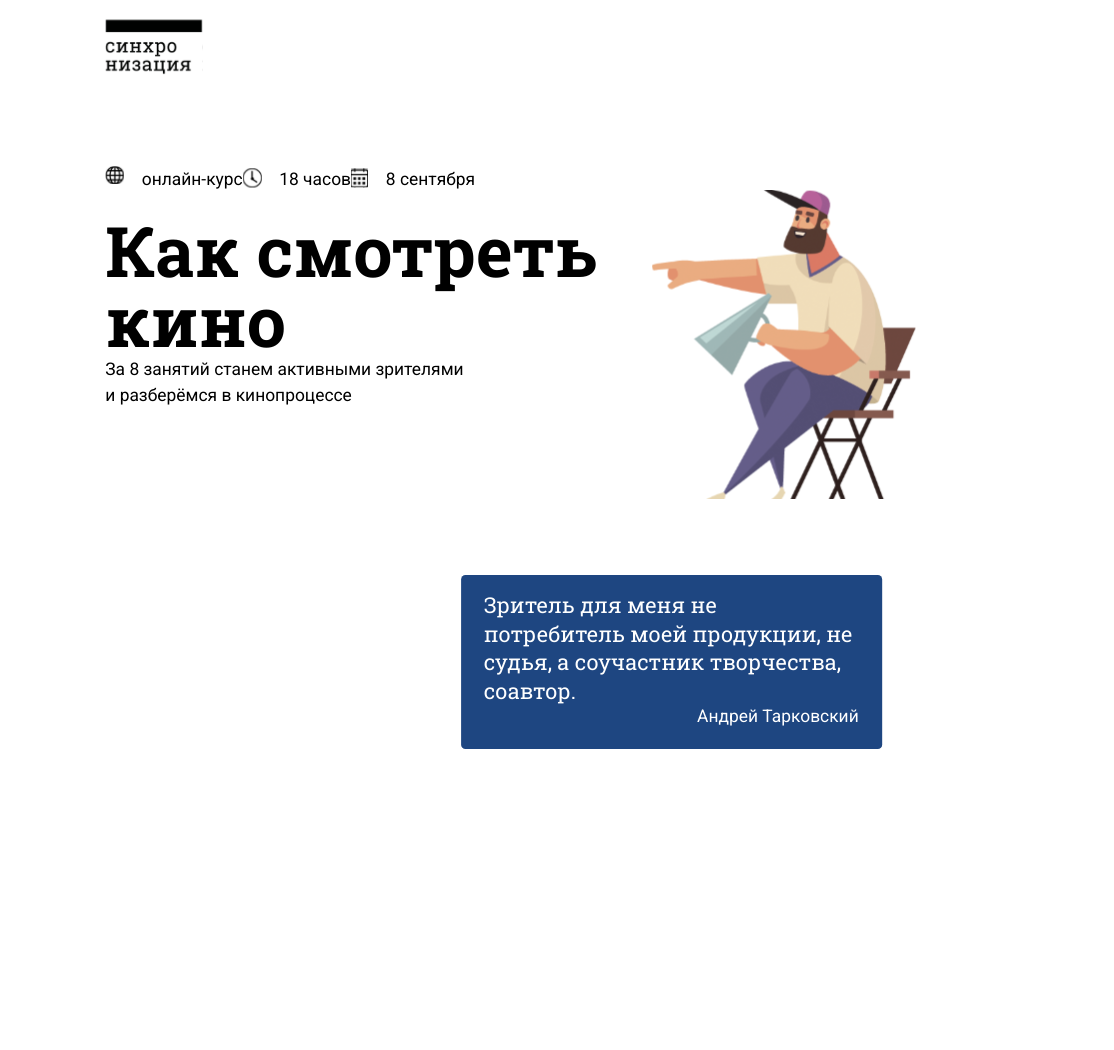
Repository: HeybetzadeQedim/task-2
Page: index.html
The author's editor kept a copy of each file at every save. The page is drawn from the files as they stood at one save, then again after a run of saves.
The browser window is 1280 px wide. The pictures show the whole page, at 87% of full size.

Above is the page before, as saved 2023-10-04 16:02:24.

### index.html
<!DOCTYPE html>
<html lang="en">
  <head>
    <meta charset="UTF-8" />
    <meta name="viewport" content="width=device-width, initial-scale=1.0" />
    <title>Document</title>
    <link rel="stylesheet" href="./index.css" />
  </head>
  <body>
    <div class="main-container">
      <img src="./ımages/logo_mobile_black 1.svg" />
      <div class="image-container">
        <img src="./ımages/globe.svg" />
        <p>онлайн-курс</p>
        <img src="./ımages/img_135744.svg" />
        <p>18 часов</p>
        <img src="./ımages/calendar_2.svg" />
        <p>8 сентября</p>
      </div>
      <div class="flex-container">
        <div class="text-container">
          <h1>Как смотреть кино</h1>
          <p>
            За 8 занятий станем активными зрителями и разберёмся в кинопроцессе
          </p>
        </div>

          <img src="./ımages/noroot 1.svg" />

      </div>
      <div class="box">
        <p>
          Зритель для меня не потребитель моей продукции, не судья, а соучастник
          творчества, соавтор.
        </p>
        <p>Андрей Тарковский</p>
      </div>
    </div>
  </body>
</html>

### index.css
@import url("https://fonts.googleapis.com/css2?family=Roboto&family=Roboto+Slab:wght@400;700&display=swap");
* {
  margin: 0;
  padding: 0;
  box-sizing: border-box;
}
.main-container {
  padding: 21px 246px 173px 121px;
}
.main-container img:first-child {
  width: 112px;
  height: 66px;
}
.main-container .image-container {
  display: flex;
  margin-top: 100px;
}
.image-container img:first-child {
  width: 22px;
  height: 21px;
}
.image-container img:nth-child(2) {
  width: 22px;
  height: 22px;
}
.image-container img:last-child {
  width: 20px;
  height: 22px;
}
.image-container p {
  color: #000;
  margin-left: 20px;
  margin-top: 4px;
  font-family: Roboto;
  font-size: 20px;
  font-style: normal;
  font-weight: 400;
  line-height: 115%;
}
.flex-container {
  display: flex;
  justify-content: space-between;
}
h1 {
  width: 628px;
  margin-top: 29px;
  color: #000;
  font-family: Roboto Slab;
  font-size: 80px;
  font-style: normal;
  font-weight: 700;
  line-height: 101.385%;
}
.text-container p {
  width: 414px;
  color: #000;
  font-family: Roboto;
  font-size: 20px;
  font-style: normal;
  font-weight: 400;
  line-height: 150%;
}

.image-box img:first-child {
  width: 304px;
  height: 356px;
  /* margin-left: 140px; */
}
.box {
  width: 484px;
  height: 200px;
  margin: 87px 0 173px 409px;
  border-radius: 5px;
  background: #1e4681;
  padding: 19px 27px 68px 26px;
}
.box p:first-child {
  width: 431px;
  color: #fff;
  font-family: Roboto Slab;
  font-size: 25px;
  font-style: normal;
  font-weight: 400;
  line-height: 130%;
}
.box p:last-child {
  color: #fff;
  text-align: right;
  font-family: Roboto;
  font-size: 20px;
  font-style: normal;
  font-weight: 400;
  line-height: 130%;
}

/* tablet style */
@media screen and (max-width: 1024px) {
  .main-container {
    padding: 22px 0 70px 100px ;
  }
  .main-container img:first-child {
    width: 64.867px;
    height: 38.225px;
  }
  .image-container {
    margin-top: 56px;
  }
  .image-container img:first-child {
    width: 13px;
    height: 12px;
  }
  .image-container img:nth-child(2) {
    width: 13px;
    height: 13px;
  }
  .image-container img:last-child {
    width: 12px;
    height: 13px;
  }
  .image-container p {
    font-size: 12px;
  }
  h1 {
    font-size: 46px;
    width: 364px;
  }
  .text-container p {
    font-size: 12px;
  }
  .image-box img:first-child {
    width: 176px;
    height: 206px;
  }
  .box {
    width: 280px;
    height: 116px;
    border-radius: 3px;
    margin: 61px 0 100px 252px;
    padding: 11px 16px 4px 15px ;
  }
  .box p:first-child {
    width: 249px;
    font-size: 14px;
  }
  .box p:last-child {
    font-size: 12px;
    margin-top: 9px;
  }
}
/* mobile style */
@media screen and (max-width: 768px) {
  .main-container {
    padding: 36px 32px 75px 36px;
  }
  .main-container img:first-child {
    width: 52px;
    height: 31px;
  }
  .image-container {
    margin-top: 45px;
  }
  .image-container img:first-child {
    width: 10px;
    height: 10px;
  }
  .image-container img:nth-child(2) {
    width: 10px;
    height: 10px;
  }
  .image-container img:last-child {
    width: 9px;
    height: 10px;
  }
  .image-container p {
    font-size: 10px;
  }
  h1 {
    width: 293px;
    font-size: 37px;
  }
  .text-container p {
    font-size: 10px;
    width: 212px;
  }
  .image-box img:first-child {
    width: 142px;
    height: 166px;
  }
  .flex-container {
    flex-direction: column;
  }
  .box {
    width: 225px;
    height: 93px;
    margin: 48px 0 75px 38px;
  }
  .box p:first-child {
    width: 201px;
    font-size: 11px;
  }
  .box p:last-child {
    font-size: 10px;
  }
}

After the next 11 saves:
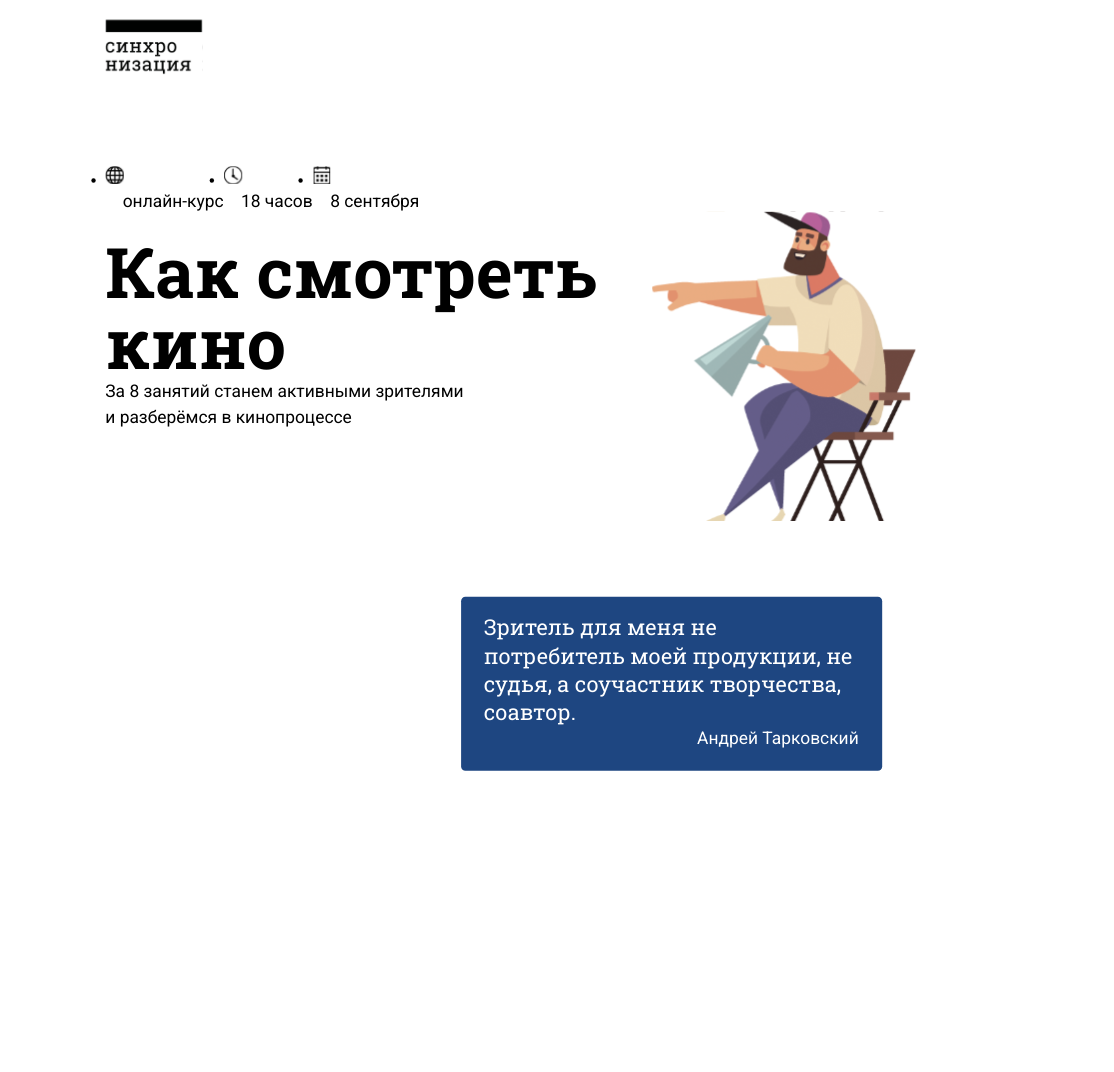
The 11 saves are shown as one change because they came seconds apart.
The last was saved 57 s later.
--- a/index.html
+++ b/index.html
@@ -9,14 +9,21 @@
   <body>
     <div class="main-container">
       <img src="./ımages/logo_mobile_black 1.svg" />
-      <div class="image-container">
-        <img src="./ımages/globe.svg" />
-        <p>онлайн-курс</p>
+      <ul class="image-container">
+        <li>
+            <img src="./ımages/globe.svg" />
+            <p>онлайн-курс</p>
+        </li>
+      <li>
         <img src="./ımages/img_135744.svg" />
         <p>18 часов</p>
-        <img src="./ımages/calendar_2.svg" />
-        <p>8 сентября</p>
-      </div>
+      </li>
+
+        <li>
+            <img src="./ımages/calendar_2.svg" />
+            <p>8 сентября</p>
+        </li>
+      </ul>
       <div class="flex-container">
         <div class="text-container">
           <h1>Как смотреть кино</h1>
